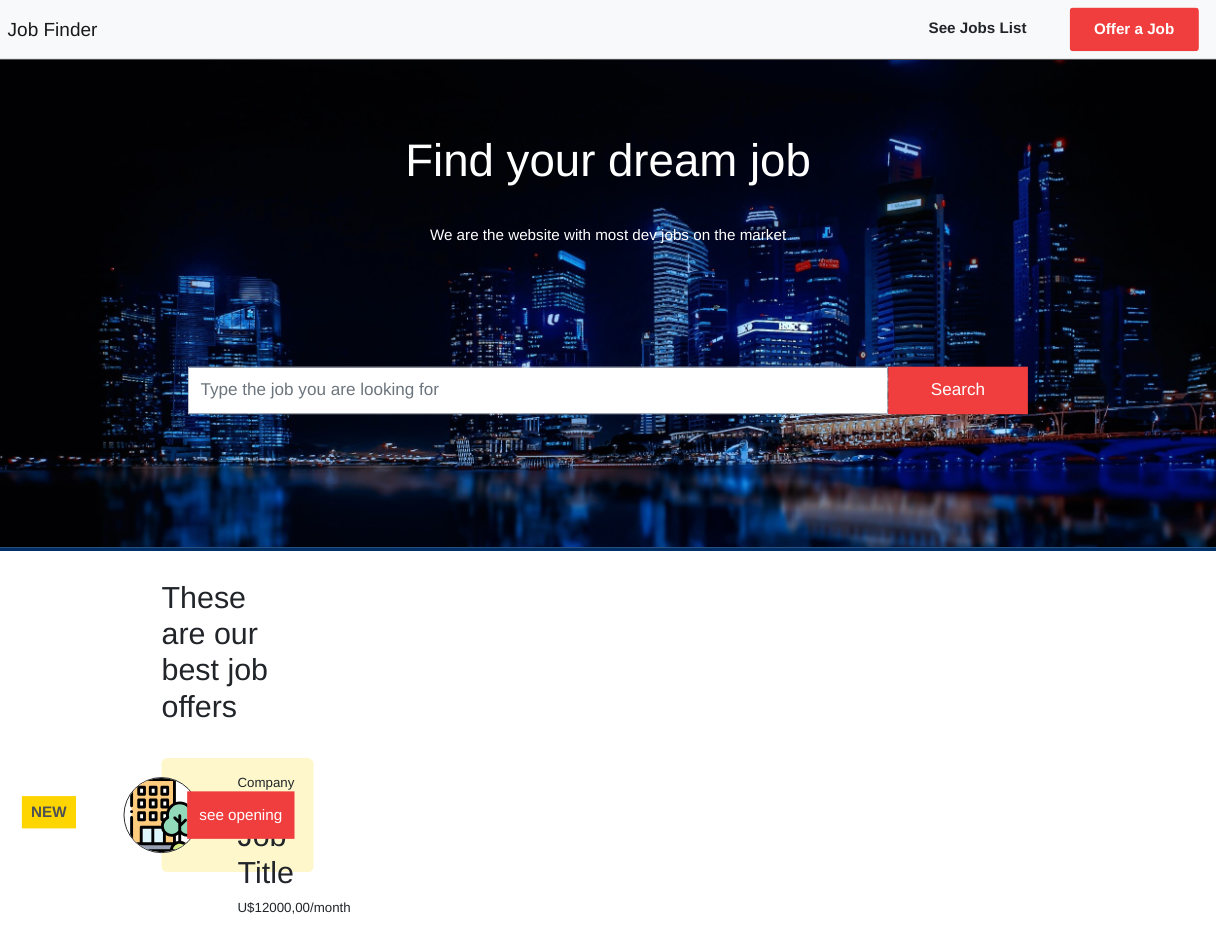
Repository: doncsar/couse-jobfinder-app
Page: templates/index.html
These files come from the project's save history. The page is drawn as it stood at one moment and after the next save; the edit follows.
The browser window is 1280 px wide. The pictures show the whole page, at 95% of full size.

Above is the page before, as saved 2023-12-20 19:32:36.

### templates/index.html
<!DOCTYPE html>
<html lang="en">
   <head>
      <meta charset="UTF-8" />
      <meta name="viewport" content="width=device-width, initial-scale=1.0" />
      <title>Job Finder</title>
      <link
         href="https://cdn.jsdelivr.net/npm/bootstrap@5.2.3/dist/css/bootstrap.min.css"
         rel="stylesheet"
         integrity="sha384-rbsA2VBKQhggwzxH7pPCaAqO46MgnOM80zW1RWuH61DGLwZJEdK2Kadq2F9CUG65"
         crossorigin="anonymous"
      />
      <link rel="stylesheet" href="../public/css/styles.css" />
   </head>
   <body>
      <header>
         <nav class="navbar fixed-top navbar-expand-lg navbar-light bg-light">
            <a href="index.html" class="navbar-brand">Job Finder</a>
            <button
               class="navbar-toggler"
               type="button"
               data-bs-toggle="collapse"
               data-bs-target="#navbarNav"
               aria-controls="navbarNav"
               aria-expanded="false"
               aria-label="Toggle navigation "
            >
               <span class="navbar-toggle-icon"></span>
            </button>
            <div
               class="collapse navbar-collapse justify-content-end"
               id="navbarNav"
            >
               <ul class="navbar-nav ml-auto">
                  <li class="nav-item">
                     <a class="nav-link" href="index.html">See Jobs List</a>
                  </li>
                  <li class="nav-item">
                     <a href="#" class="nav-link btn btn-primary"
                        >Offer a Job</a
                     >
                  </li>
               </ul>
            </div>
         </nav>
      </header>
      <div class="container-fluid" id="top-container">
         <h1 class="text-center" id="main-title">Find your dream job</h1>
         <p id="main-subtitle" class="text-center">
            We are the website with most dev jobs on the market
         </p>
         <form action="" id="search-form" class="form-inline">
            <div class="row">
               <div class="form-group col-md-10">
                  <input
                     type="text"
                     class="form-control"
                     id="job"
                     name="job"
                     placeholder="Type the job you are looking for"
                  />
               </div>
               <div class="col-md-2">
                  <button class="btn btn-primary" type="submit">Search</button>
               </div>
            </div>
         </form>
      </div>
      <main>
         <div id="jobs-container" class="container">
            <div class="row">
               <div class="col-md-2">
                  <h2 id="job-list-title">These are our best job offers</h2>
                  <ul id="job-list" class="list-group">
                     <li class="new-job list-group-item">
                        <img
                           src="../public/img/company.svg"
                           alt="company brand"
                        />
                        <p>Company Name</p>
                        <h2>Job Title</h2>
                        <p>U$12000,00/month</p>
                        <span class="new-job-label">NEW</span>
                        <a href="#" class="btn btn-primary">see opening</a>
                     </li>
                  </ul>
               </div>
            </div>
         </div>
      </main>

      <script
         src="https://cdn.jsdelivr.net/npm/bootstrap@5.2.3/dist/js/bootstrap.bundle.min.js"
         integrity="sha384-kenU1KFdBIe4zVF0s0G1M5b4hcpxyD9F7jL+jjXkk+Q2h455rYXK/7HAuoJl+0I4"
         crossorigin="anonymous"
      ></script>
   </body>
</html>

### public/css/styles.css
* {
   box-sizing: border-box;
   font-family: Helvetica, sans-serif;
}

/* nav */
.navbar {
   padding: 0.5rem;
   border-bottom: 1px solid #333;
   display: flex;
   justify-content: space-around;
}

.navbar .nav-item a {
   color: #212529;

}

.navbar .btn a {
   color: #fff;
}

.nav-item {
   margin: 0 10px;
}

.navbar-expand-lg .navbar-nav .nav-link {
   padding: 10px 25px;
   font-weight: bold;
}

.navbar .nav-item .btn {
   color: #fff;
   background-color: #f03e3e;
   border: 1px solid transparent;
   border-radius: 4px;
}

.nav-link.btn.btn-primary:hover,
#search-form button:hover,
.list-group-item a:hover,
#form-box button:hover {
   background-color: #fff;
   color: #f03e3e;
   border-color: #f03e3e;
   border-radius: 4px;
}

/* banner */
#top-container {
   padding: 110px;
   background-color: #f7f9fc;
   border-bottom: 4px solid #013068;
   margin-bottom: 30px;
   background-image: url('../img/banner2.jpg');
   background-position: 0 100px;
   background-size: cover;
   color: #fff;
}

#main-title {
   padding: 30px 0;
   font-size: 3rem;
}

#main-subtitle {
   font-size: 1rem;
   padding-bottom: 80px;
}

/* form */

#search-form {
   padding: 30px 100px;
}

#search-form .col-md-10,
#search-form .col-md-2 {
   padding: 0;
}

#search-form input,
#search-form button {
   width: 100%;
   border-radius: 0;
   height: 50px;
   font-size: 18px;
}

#search-form button {
   color: #fff;
   background-color: #f03e3e;
   border: 1px solid transparent;
}

/* lista */

#jobs-container {
   padding: 0 100px;
   padding-bottom: 50px;
}

#job-list .list-group-item {
   margin-bottom: 8px;
   border: 1px solid #ccc;
   padding: 15px 80px;
   color: #212529;
   height: 120px;
}

#job-list .list-group-item p {
   font-size: 14px;
   margin-bottom: 5px;
}

#job-list .list-group-item.new-job {
   border: none;
   background-color: #fff7cc;
}

#job-list-title {
   margin-bottom: 35px;
}

.list-group-item img {
   width: 80px;
   border: 1px solid #212529;
   border-radius: 50%;
   background-color: #fff;
   position: absolute;
   left: -40px;
   top: calc(50% - 40px);
}

.list-group-item a {
   position: absolute;
   right: 20px;
   top: 35px;
   height: 50px;
   line-height: 35px;
   background-color: #f03e3e;
   border: 1px solid transparent;
   border-radius: 0;
   color: #fff;
}

.new-job-label {
   background-color: #ffd500;
   color: #4d5154;
   text-transform: uppercase;
   font-weight: bold;
   padding: 5px 10px;
   position: absolute;
   right: 250px;
   top: 40px;
   display: none;
}

.new-job .new-job-label {
   display: block;
}

/* add page */

#add-form-container {
   margin-top: 100px;
}

#form-box {
   padding: 50px;
   box-shadow: 0 1px 5px rgba(0, 0, 0, 0.15);
   border-radius: 4px;
   background-color: #fff;
   margin-bottom: 50px;
}

#add-form-container h1 {
   margin-bottom: 20px;
}

#add-form-container h2 {
   color: #f03e3e;
   font-weight: bold;
   font-size: 24px;
   margin-bottom: 30px;
}

#add-form-container form label {
   font-weight: bold;
}

#add-form-container form input,
#add-form-container form textarea {
   border: 2px solid #ccc;
   background-color: #f8f9fa;
}

#form-box button {
   height: 50px;
   width: 200px;
   background-color: #f03e3e;
   border: 1px solid transparent;
   border-radius: 0;
   margin-top: 20px;
}

/* job-view */

#job-view-container {
   margin-top: 100px;
}

#job-view-container h1 {
   margin-bottom: 30px;
}

#img-container {
   margin-top: 20px;
   margin-bottom: 30px;
}

#img-container img {
   width: 100px;
   border-radius: 50%;
   border: 1px solid #212529;
}

.job-desc {
   width: 60%;
   margin-left: auto;
   margin-right: auto;
}

.bold {
   font-weight: bold;
}

.main-color {
   color: #f03e3e;
}

.back-link {
   border: 1px solid #f03e3e;
   padding: 5px 10px;
   transition: 0.5s;
}

.back-link:hover {
   background-color: #f03e3e;
   color: #fff;
   text-decoration: none;
}

/* responsivo */

@media (max-width: 481px) {
   /* navbar */
   #navbarNav {
      text-align: center;
   }

   /* home */
   #top-container {
      padding: 50px;
      padding-top: 100px;
   }

   #main-title {
      font-size: 2.2rem;
   }

   #main-subtitle {
      font-size: 1.5rem;
   }

   #search-form {
      padding: 0;
   }

   #jobs-container {
      padding: 20px;
   }

   .list-group-item {
      padding: 15px 85px;
   }

   .list-group-item h2 {
      font-size: 1.2rem;
      width: 80%;
   }

   .list-group-item img {
      width: 50px;
      left: 15px;
      top: calc(50% - 25px);
   }

   .new-job .new-job-label {
      display: none;
   }

   /* job view*/

   .back-link {
      margin-left: 30px;
   }

   #job-view-container p {
      font-size: 1.3rem;
   }

   .job-desc {
      width: 80%;
   }

   /* add view */

   #form-box {
      padding: 25px;
   }

   #form-box h2 {
      font-size: 1rem;
      text-align: center;
   }

   #form-box button {
      width: 100%;
   }
}

After the next save:
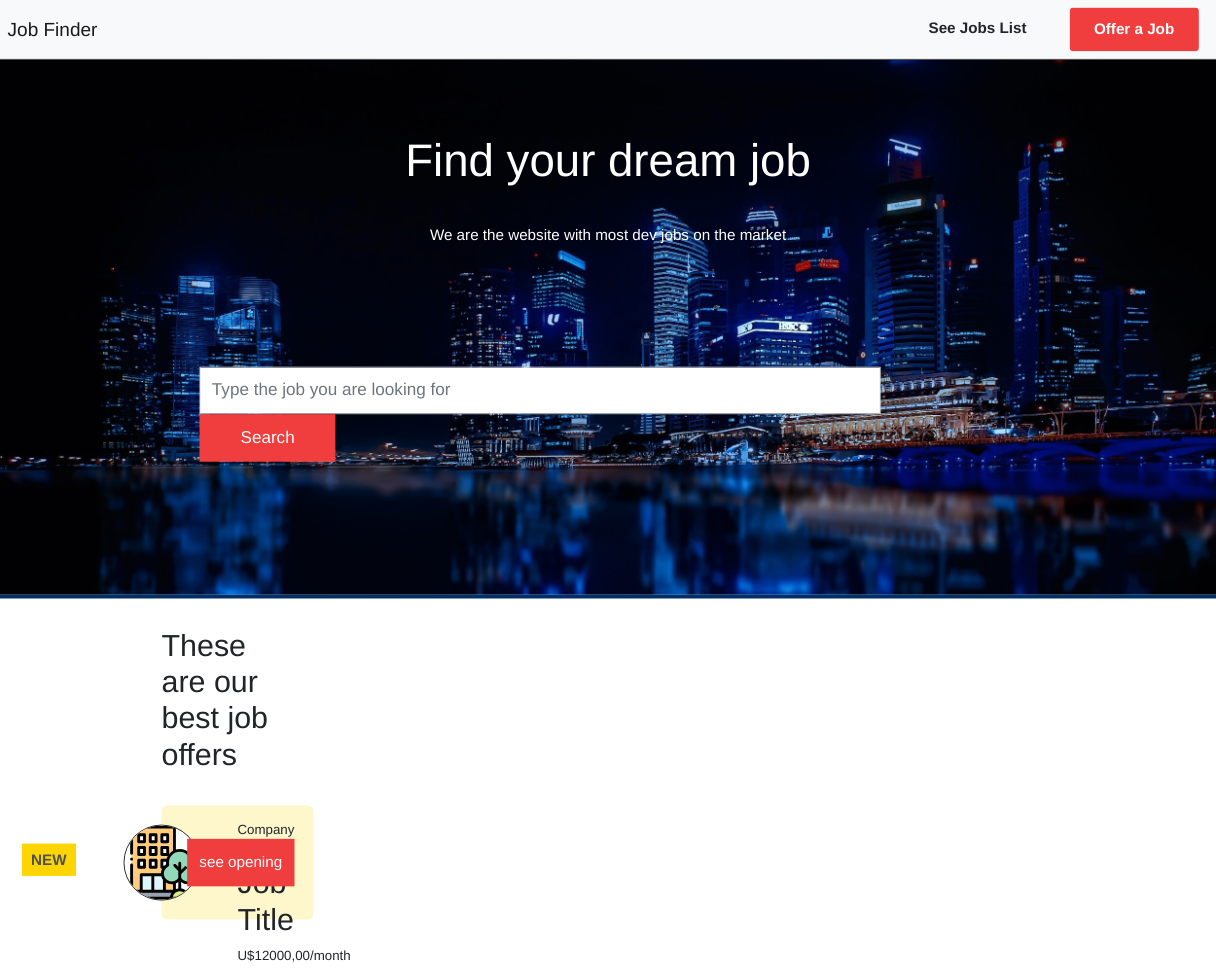
Saved 18 s later.
--- a/templates/index.html
+++ b/templates/index.html
@@ -50,7 +50,7 @@
             We are the website with most dev jobs on the market
          </p>
          <form action="" id="search-form" class="form-inline">
-            <div class="row">
+
                <div class="form-group col-md-10">
                   <input
                      type="text"
